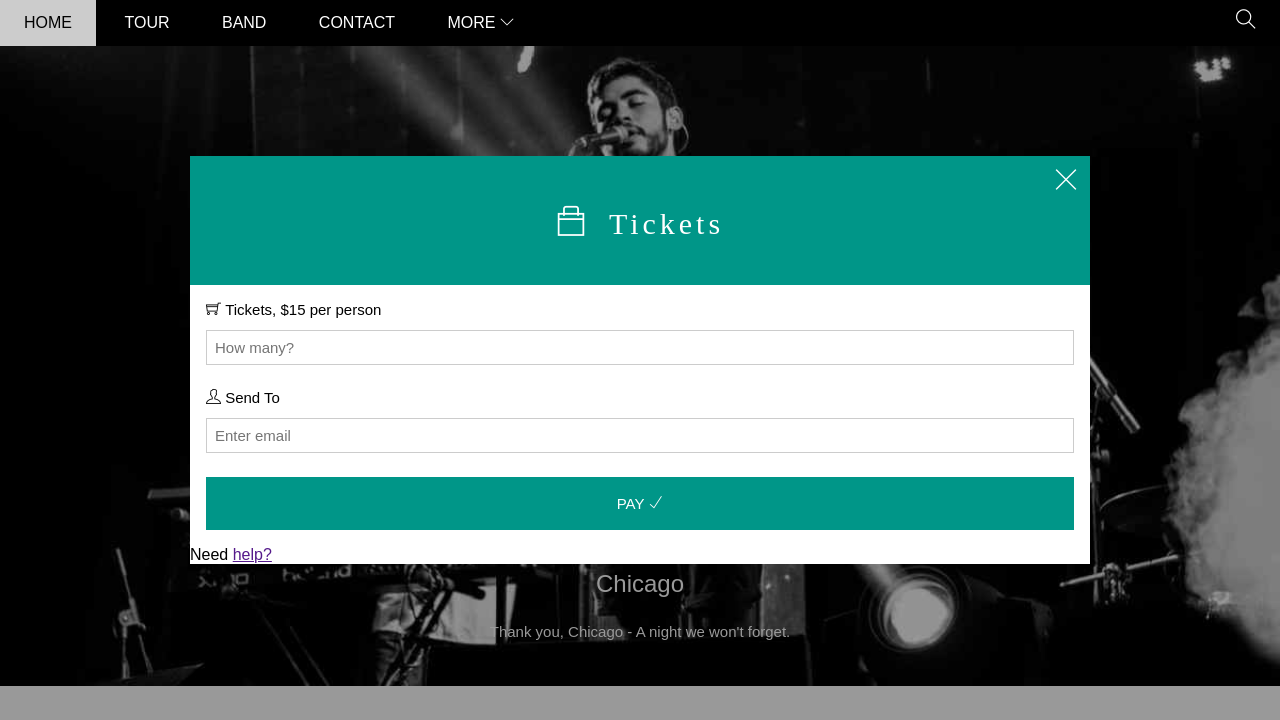
Repository: ducvui2003/LTCB
Page: index.html
The author's editor kept a copy of each file at every save. The page is drawn from the files as they stood at one save, then again after the next save.
The browser window is 1280 px wide. The pictures show the window.
The pointer rests on the first visible `.pay-ticket`.
A layer covers the whole window, so only the first screen is drawn.

Above is the page before, as saved 2022-01-10 12:30:16.

### index.html
<!DOCTYPE html>
<html lang="en">

<head>
    <meta charset="UTF-8">
    <meta http-equiv="X-UA-Compatible" content="IE=edge">
    <meta name="viewport" content="width=device-width, initial-scale=1.0">
    <title>The Band W3_School</title>
    <link rel="stylesheet" href="./assest/Css/styles.css">
    <link rel="stylesheet" href="./assest/Fonts/themify-icons-font (1)/themify-icons/themify-icons.css">
</head>

<body>
    <div id="main">
        <!-- Begin: Header -->
        <div id="header">
            <!-- Begin: Nav -->
            <ul id="nav">
                <li>
                    <a href="">Home</a>
                </li>
                <li>
                    <a href="">Tour</a>
                </li>
                <li>
                    <a href="">Band</a>
                </li>
                <li>
                    <a href="">Contact</a>
                </li>
                <li>
                    <a href="">
                        More
                        <!-- icons -->
                        <i class="nav-arrow-down ti-angle-down"></i>
                    </a>
                    <ul class="subnav">
                        <li>
                            <a href="">Merchandise</a>
                        </li>
                        <li>
                            <a href="">Extras</a>
                        </li>
                        <li>
                            <a href="">Media</a>
                        </li>
                    </ul>
                </li>
            </ul>
            <!-- End: Nav -->
            <!-- Begin: Search button -->
            <div class="search-button">
                <i class="search-icon ti-search"></i>
            </div>
            <!-- End: Search button -->
        </div>
        <!-- End: Header -->

        <!-- Begin: Slides -->
        <div id="slides">
            <div class="text-content">
                <h2 class="text-heading">Chicago</h2>
                <div class="text-paragraph">Thank you, Chicago - A night we won't forget.
                </div>
            </div>
        </div>
        <!-- End: Slides -->

        <!-- Begin: Content -->
        <div id="content">

            <!-- About section -->
            <div class="content-section">
                <h1 class="section-heading">The Band</h1>
                <p class="section-sub-heading">We love music

                </p>
                <p class="content-text">We have created a fictional band website. Lorem ipsum dolor sit amet, consectetur adipiscing elit, sed do eiusmod tempor incididunt ut labore et dolore magna aliqua. Ut enim ad minim veniam, quis nostrud exercitation ullamco laboris nisi
                    ut aliquip ex ea commodo consequat. Duis aute irure dolor in reprehenderit in voluptate velit esse cillum dolore eu fugiat nulla pariatur. Excepteur sint occaecat cupidatat non proident, sunt in culpa qui officia deserunt mollit anim
                    id est laborum consectetur adipiscing elit, sed do eiusmod tempor incididunt ut labore et dolore magna aliqua. Ut enim ad minim veniam, quis nostrud exercitation ullamco laboris nisi ut aliquip ex ea commodo consequat.</p>

                <!-- Team section -->
                <div class="member-list">
                    <div class="member-item">
                        <p class="member-name">Name</p>
                        <img src="./assest/Img/Teams/membersAvatar.jpg" alt="Name" class="member-avatar">
                    </div>

                    <div class="member-item">
                        <p class="member-name">Name</p>
                        <img src="./assest/Img/Teams/membersAvatar.jpg" alt="Name" class="member-avatar">
                    </div>

                    <div class="member-item">
                        <p class="member-name">Name</p>
                        <img src="./assest/Img/Teams/membersAvatar.jpg" alt="Name" class="member-avatar">
                    </div>
                    <div class="clear"></div>
                </div>
            </div>

            <!-- Tour section -->
            <div class="tour-section">
                <div class="content-section">
                    <h1 class=" text-white section-heading">TOUR DATES</h1>
                    <p class="text-white section-sub-heading">Remember to book your tickets!</p>

                    <!-- Ticket-list -->
                    <ul class="ticket-list">
                        <li>September<span class="sold-out">Sold out</span></li>
                        <li>October<span class="sold-out">Sold out</span></li>
                        <li>November <span class="quantity">3</span></li>
                    </ul>

                    <!-- Places -->
                    <div class="place-list">
                        <!-- Place 1 -->
                        <div class="place-ticket">
                            <img src="./assest/Img/Places/place1.jpg" alt="New York" class="place-img">
                            <div class="place-body">
                                <h3 class="place-heading">New York</h3>
                                <p class="place-time">Fri 27 Nov 2016</p>
                                <p class="place-desc">Praesent tincidunt sed tellus ut rutrum sed vitae justo.</p>
                                <a href="#" class="buy-ticket">Buy Tickets</a>
                            </div>
                        </div>
                        <!-- Place 2 -->
                        <div class="place-ticket">
                            <img src="./assest/Img/Places/place2.jpg" alt="Paris" class="place-img">
                            <div class="place-body">
                                <h3 class="place-heading">Paris</h3>
                                <p class="place-time">Sat 28 Nov 2016</p>
                                <p class="place-desc">Praesent tincidunt sed tellus ut rutrum sed vitae justo.</p>
                                <a href="#" class="buy-ticket">Buy Tickets</a>
                            </div>
                        </div>
                        <!-- Place 3 -->
                        <div class="place-ticket">
                            <img src="./assest/Img/Places/place3.jpg" alt="San Francisco" class="place-img">
                            <div class="place-body">
                                <h3 class="place-heading">San Francisco</h3>
                                <p class="place-time">Sun 29 Nov 2016</p>
                                <p class="place-desc">Praesent tincidunt sed tellus ut rutrum sed vitae justo.</p>
                                <a href="#" class="buy-ticket">Buy Tickets</a>
                            </div>
                        </div>
                        <div class="clear"></div>
                    </div>
                </div>
            </div>

            <!-- Contact section -->
            <div class="content-section">
                <h1 class="section-heading">CONTACT</h1>
                <p class="section-sub-heading">Fan? Drop a note! </p>

            </div>

            <!-- End: Content -->
            <div id="footer"></div>
        </div>
    </div>

    <!-- Modal -->
    <div class="modal">

        <div class="modal-container">
            <div class="modal-close">
                <ti class="ti-close"></ti>
            </div>

            <!-- Thẻ header dùng y như thẻ div -->
            <header class="heading-modal">
                <i class="ti-bag">
            Tickets
            </i>
            </header>

            <div class="modal-body">
                <!-- quantity is id of input, it help user focus in label -->
                <label for="ticket-quantity" class="modal-label">
                    <i class="ti-shopping-cart"></i>
                    Tickets, $15 per person
                </label>
                <input id="ticket-quantity" type="text" class="modal-input" placeholder="How many?">

                <!-- quantity is id of input, it help user focus in label -->
                <label for="ticket-email" class="modal-label">
                    <i class="ti-user"></i>
                    Send To
                </label>
                <input id="ticket-email" type="email" class="modal-input" placeholder="Enter email">
                <button class="pay-ticket">
                    Pay
                    <i class="ti-check">
                    </i>
                </button>
            </div>

            <footer class="modal-footer">
                <p class="modal-help">Need <a href="">help?</a></p>
            </footer>
        </div>
    </div>

</body>

</html>

### assest/Css/styles.css
* {
    padding: 0;
    margin: 0;
    box-sizing: border-box;
}

html {
    font-family: Arial, Helvetica, sans-serif;
}

.clear {
    clear: both;
}


/* Dung cho chu mau trang */

.text-white {
    color: white !important;
}

#main {}

#header {
    position: fixed;
    top: 0;
    right: 0;
    left: 0;
    /* fixed đang nổi lên nó sẽ nhường vị trí cho div slides tiếp theo */
    height: 46px;
    background-color: black;
    z-index: 1;
    /* dùng để thêm vào thẻ fixed nhằm đẩy block lên trên các block khác theo chiều cao, giá trị là 0, 1,... */
}

#nav {
    display: inline-block;
    /* display để thẻ nav chỉ dài đúng nội dung của nó thôi */
}

#nav,
.subnav {
    list-style: none;
}

#nav>li {
    display: inline-block;
}

#nav li {
    position: relative;
}

#nav>li>a {
    color: white;
    text-transform: uppercase;
    /* chinh chu thuong thanh hoa */
}

#nav li a {
    text-decoration: none;
    line-height: 46px;
    padding: 0 24px;
    display: block;
}

#nav li:hover .subnav {
    display: block;
}

#nav>li:hover>a,
#nav .subnav li:hover a {
    background-color: #ccc;
    color: black;
}

#nav li:hover a {
    /* line-height: 46px; */
}

#nav .subnav {
    display: none;
    position: absolute;
    top: 46px;
    background-color: #fff;
    box-shadow: 0 0 10px rgba(0, 0, 0, 0.3);
}

#nav .subnav li a {
    color: black;
    padding: 0 16px;
    line-height: 38px;
    width: 160px;
}

#nav .nav-arrow-down {
    font-size: 14px;
}

#header .search-button {
    float: right;
    /* thẻ search-button là thẻ div, có tính kế thừa chiều ngang, nên khi float vào sẽ vô hiệu hoá tính kế thừa chiều ngang đó */
    line-height: 46px;
    padding: 0 24px;
}

#header .search-button:hover {
    background-color: #f44336;
    cursor: pointer;
    /* Dùng để thay đổi con trỏ chuột khi di vào */
}

#header .search-icon {
    color: white;
    font-size: 20px;
}

#slides {
    /* min-height: 1000px; */
    /* background-color: pink; */
    margin-top: 46px;
    padding-top: 50%;
    /* 50% chieu ngang cua chinh the do */
    background: url('/assest/Img/Slides/ChicagoPicture.jpg') top center / cover no-repeat;
    /* shorthand */
    position: relative;
}

#slides .text-content {
    position: absolute;
    bottom: 46px;
    left: 50%;
    /* Cách lề trái 50% chiều ngang */
    transform: translateX(-50%);
    /* Dùng để lùi thẻ theo trục X 50% chiều dài -> Mục đích kết hợp vs transform để căn giữa block */
    color: white;
    text-align: center;
    /* Dùng để căn giữa content, ko dùng để căn block */
    /* cách 2: Thêm width: 100% */
    /* /* cách 3 left: 0 right: 0; */
}

#slides .text-heading {
    font-weight: 500;
    /* dùng để điều chỉnh lại độ dày của chữ, giá trị từ 100-1000  */
    font-size: 24px;
    margin-bottom: 25px;
}

#slides .text-paragraph {
    font-size: 15px;
}

#content {}

#content .content-section {
    width: 800px;
    padding: 64px 0;
    margin-left: auto;
    margin-right: auto;
}

#content .section-heading {
    font-size: 30px;
    font-weight: 500;
    text-align: center;
    letter-spacing: 4px;
}

#content .section-sub-heading {
    font-size: 15px;
    text-align: center;
    margin-top: 25px;
    font-style: italic;
    opacity: 0.5;
}

#content .content-text {
    font-size: 15px;
    margin-top: 25px;
    text-align: justify;
    /* Can deu van ban */
    line-height: 1.4;
    /* Khoang cach giua 2 hang chu */
}

#content .member-list {
    margin-top: 48px;
    /* overflow: hidden; */
}

#content .member-item {
    float: left;
    width: calc(100% /3);
    text-align: center;
    /* Can hinh voi chu */
}

#content .member-name {
    font-size: 15px;
}

#content .member-avatar {
    margin-top: 15px;
    width: 154px;
    /* Dung the <img> thì chỉ cần đặt 1 chiều */
    border-radius: 4px;
    /* Dùng để tạo bo góc của ảnh */
}


/* Tour-section */

#content .tour-section {
    background-color: black;
}


/* Ticket-list */

.ticket-list {
    background-color: white;
    margin-top: 40px;
}

.ticket-list li {
    font-size: 15px;
    padding: 11px 16px;
    border-bottom: 1px solid #ddd;
    color: #757575;
    list-style: none;
}

.ticket-list .sold-out {
    color: white;
    background-color: #f44336;
    margin-left: 16px;
    padding: 3px 4px;
}

.ticket-list .quantity {
    float: right;
    width: 24px;
    height: 24px;
    border-radius: 50%;
    /* Tao bop goc deu de co hinh tron */
    text-align: center;
    line-height: 24px;
    background-color: black;
    color: white;
    margin: -2px;
    /* Có thẻ float nên có thuộc tính block -> xét đc width, height, dùng đc margin (-) */
}


/* Plac-list */

.place-list {
    margin: 32px -8px 0px -8px;
    padding-bottom: 48px;
}

.place-ticket {
    float: left;
    width: calc(100% / 3);
    padding: 0 8px;
}

.place-img {
    width: 100%;
    display: block;
}

.place-img:hover {
    opacity: 0.6;
}

.place-body {
    background-color: white;
    padding: 16px;
    font-size: 15px;
    /* font-size có tính kế thừa */
}

.place-heading {
    font-size: 15px;
    font-weight: 600;
}

.place-time {
    margin-top: 15px;
    color: #757575;
}

.place-desc {
    margin-top: 15px;
    line-height: 1.4;
}

.buy-ticket {
    color: white;
    background-color: black;
    text-decoration: none;
    display: inline-block;
    padding: 11px 16px;
    margin-top: 15px;
}

.buy-ticket:hover {
    color: black;
    background-color: #ccc;
}

#footer {}


/* Modal */

.modal {
    /* Create Overlay */
    position: fixed;
    left: 0;
    right: 0;
    top: 0;
    bottom: 0;
    background-color: rgba(0, 0, 0, 0.4);
    /* Flex-box */
    display: flex;
    /* Căn items theo chiều cao */
    align-items: center;
    /* Căn items theo chiều ngang */
    justify-content: center;
}

.modal-container {
    background-color: #fff;
    width: 900px;
    min-height: 200px;
    position: relative;
}

.modal-container .modal-close {
    position: absolute;
    top: 0;
    right: 0;
    font-size: 24px;
    color: white;
    /* Make Icon large */
    padding: 12px;
}

.modal-container .modal-close:hover {
    color: black;
    background-color: #ccc;
    cursor: pointer;
    opacity: 0.8;
}

.heading-modal {
    width: 900px;
    height: 129px;
    /* flex */
    display: flex;
    align-items: center;
    justify-content: center;
    background-color: #009688;
    font-size: 30px;
    color: white;
    font-family: 'Segoe UI', Tahoma, Geneva, Verdana, sans-serif;
    letter-spacing: 4px;
}

.modal-body {
    padding: 16px;
}

.modal-label {
    display: block;
    font-size: 15px;
    margin-bottom: 12px;
}

.modal-input {
    padding: 8px;
    border: 1px solid #ccc;
    width: 100%;
    font-size: 15px;
    margin-bottom: 24px;
}

.pay-ticket {
    width: 868px;
    padding: 18px;
    background-color: #009688;
    color: white;
    font-size: 15px;
    border: 0px none;
    text-transform: uppercase;
}

Loaded but not shown: assest/Fonts/themify-icons-font (1)/themify-icons/themify-icons.css (common file)

After the next save:
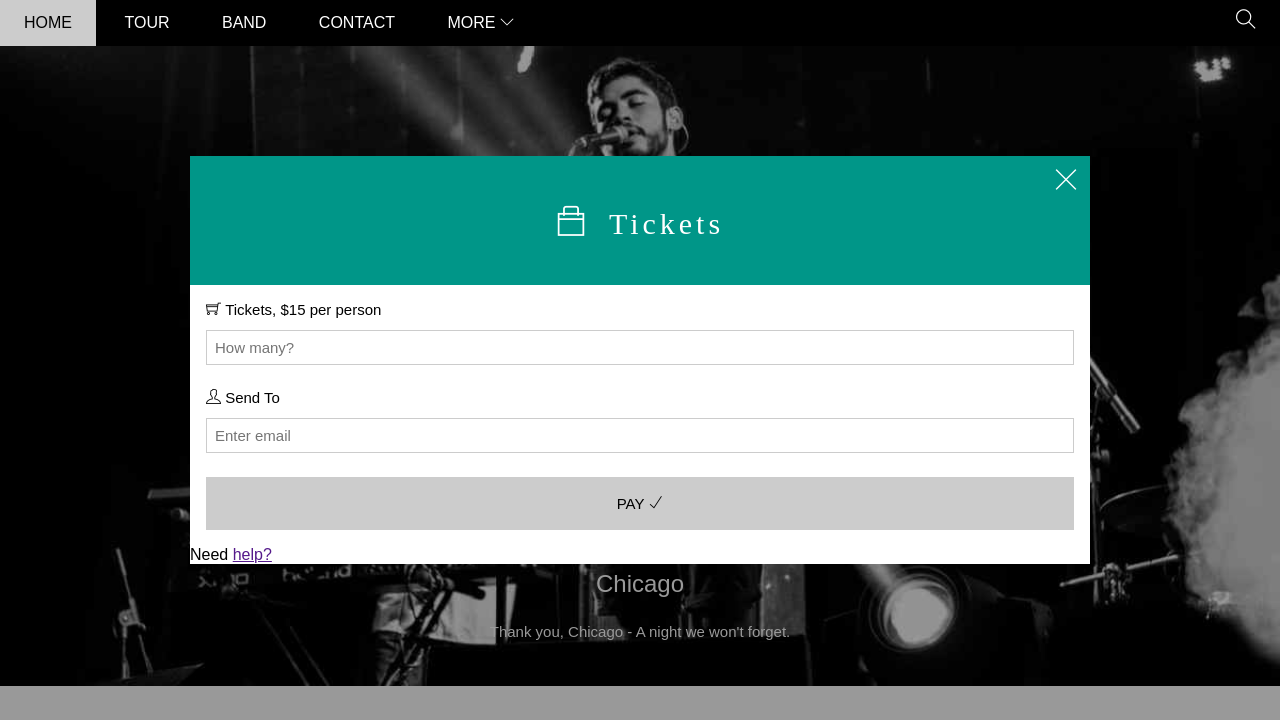
Saved 66 s later.
--- a/assest/Css/styles.css
+++ b/assest/Css/styles.css
@@ -397,3 +397,8 @@
     border: 0px none;
     text-transform: uppercase;
 }
+
+.pay-ticket:hover {
+    color: black;
+    background-color: #ccc;
+}
